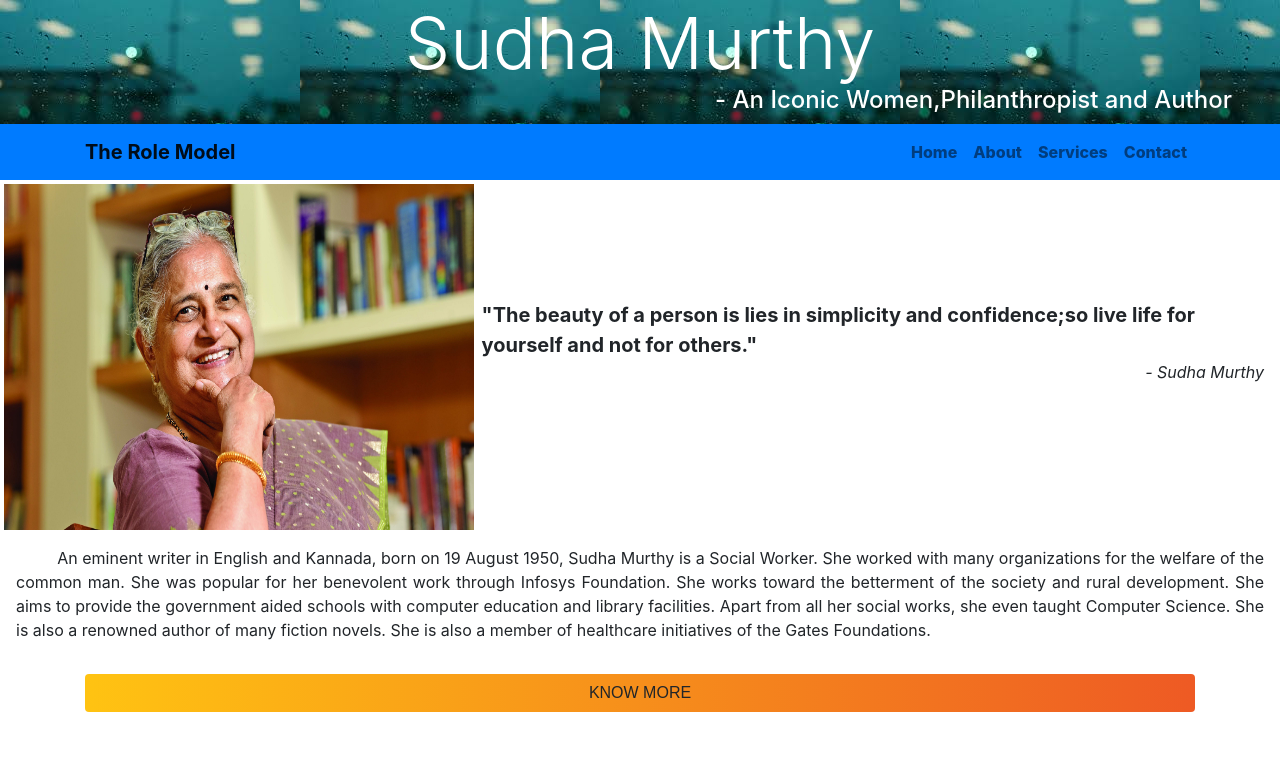
Repository: sumanthr18/RoleModel
Page: index.html
These files come from the project's save history. The page is drawn as it stood at one moment and after the next save; the edit follows.
The browser window is 1280 px wide. The pictures show the whole page.

Above is the page before, as saved 2020-03-14 19:22:01.

### index.html
<!DOCTYPE html>
<html lang="en">
<head>
    <meta charset="UTF-8">
    <meta name="viewport" content="width=device-width, initial-scale=1.0">
    <title>SudhaMurthy</title>
    <link rel="stylesheet" href="style.css">
    <link rel="stylesheet" href="https://stackpath.bootstrapcdn.com/bootstrap/4.4.1/css/bootstrap.min.css" integrity="sha384-Vkoo8x4CGsO3+Hhxv8T/Q5PaXtkKtu6ug5TOeNV6gBiFeWPGFN9MuhOf23Q9Ifjh" crossorigin="anonymous">
</head>
<body>
    <header style="background-image: url(images.jpg);padding-bottom: 0.1%;">
        <h1 class="display-3 text-center my-0 text-white ">Sudha Murthy</h1>
        <h4 class="text-right mr-5 text-white">- An Iconic Women,Philanthropist and Author</h4>
    </header>
    <nav class="navbar navbar-expand-sm navbar-light bg-primary mb-0">
        <div class="container">
            <a style="font-weight: bold;" class="navbar-brand " href="#">The Role Model</a>
            <button class="navbar-toggler" data-toggle="collapse" data-target="#navbarNav">
                <span class="navbar-toggler-icon"></span>
            </button>
            <div class="collapse navbar-collapse" id="navbarNav">
                <ul style="font-weight: 800;" class="navbar-nav ml-auto">
                    <li class="nav-item">
                        <a class="nav-link" href="#">Home</a>
                    </li>
                    <li class="nav-item">
                        <a class="nav-link" href="#">About</a>
                    </li>
                    <li class="nav-item">
                        <a class="nav-link" href="#">Services</a>
                    </li>
                    <li class="nav-item">
                        <a class="nav-link" href="#">Contact</a>
                    </li>
                </ul>
            </div>
        </div>
    </nav>

<div class="media">
        <img class="mt-0 pl-1 pt-1" style="width:37%;height:350px" src="Sudha_Murty_1-update.jpg">
        <blockquote class="" >
            <br>
            <br>
            <br>
            <br>
            <br>
            <p class="ml-2 mb-0 lead" style="font-weight: bold;">"The beauty of a person is lies in simplicity and confidence;so live life for yourself and not for others."</p>
            <footer class="pr-3 text-sm-right"><cite>- Sudha Murthy</cite></footer>
        </blockquote>
</div>

<div>
    <p class="text-justify  p-3">&nbsp;&nbsp;&nbsp;&nbsp;&nbsp;&nbsp;&nbsp;&nbsp; An eminent writer in English and Kannada, born on 19 August 1950, Sudha Murthy is a Social Worker. She worked with many organizations for the welfare of the common man. She was popular for her benevolent work through Infosys Foundation.
        She works toward the betterment of the society and rural development. She aims to provide the government aided schools with computer education and library facilities. Apart from all her social works, she even taught Computer Science. She is also a renowned author of many fiction novels. She is also a member of healthcare initiatives of the Gates Foundations.
    </p>
</div>
<div class="container">
<button class="btn btn1 btn-block mb-5">Know more</button>
</div>
<footer>

</footer>
</body>
</html>

### style.css
/* .container{
    position:absolute;
    left:50%; top:50%;
    transform: traslate(-50%,-50%);
    text-align:center;
} */

.btn{
    font-family: "montserrat", sans-serif;
    text-transform: uppercase;
    border-radius: 6px;
    cursor: pointer;color:#fff;
    background-size: 200%;
    transition:0.6s;
}

.btn1{
    background-image: linear-gradient(to left,#FFC312,#EE5A24,#FFC312);
}

.btn:hover{
    background-position: right;
}

After the next save:
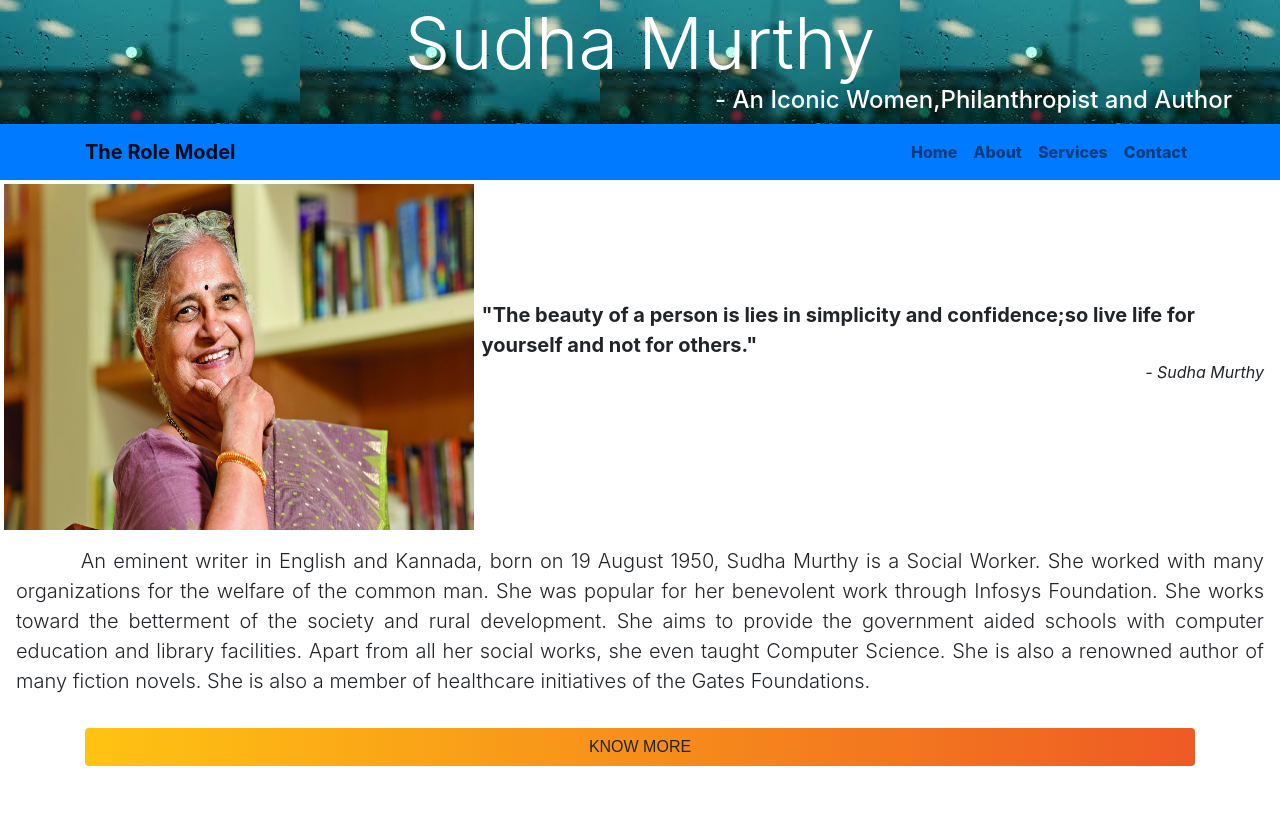
Saved 17 s later.
--- a/index.html
+++ b/index.html
@@ -51,7 +51,7 @@
 </div>
 
 <div>
-    <p class="text-justify  p-3">&nbsp;&nbsp;&nbsp;&nbsp;&nbsp;&nbsp;&nbsp;&nbsp; An eminent writer in English and Kannada, born on 19 August 1950, Sudha Murthy is a Social Worker. She worked with many organizations for the welfare of the common man. She was popular for her benevolent work through Infosys Foundation.
+    <p class="text-justify lead p-3">&nbsp;&nbsp;&nbsp;&nbsp;&nbsp;&nbsp;&nbsp;&nbsp; An eminent writer in English and Kannada, born on 19 August 1950, Sudha Murthy is a Social Worker. She worked with many organizations for the welfare of the common man. She was popular for her benevolent work through Infosys Foundation.
         She works toward the betterment of the society and rural development. She aims to provide the government aided schools with computer education and library facilities. Apart from all her social works, she even taught Computer Science. She is also a renowned author of many fiction novels. She is also a member of healthcare initiatives of the Gates Foundations.
     </p>
 </div>
